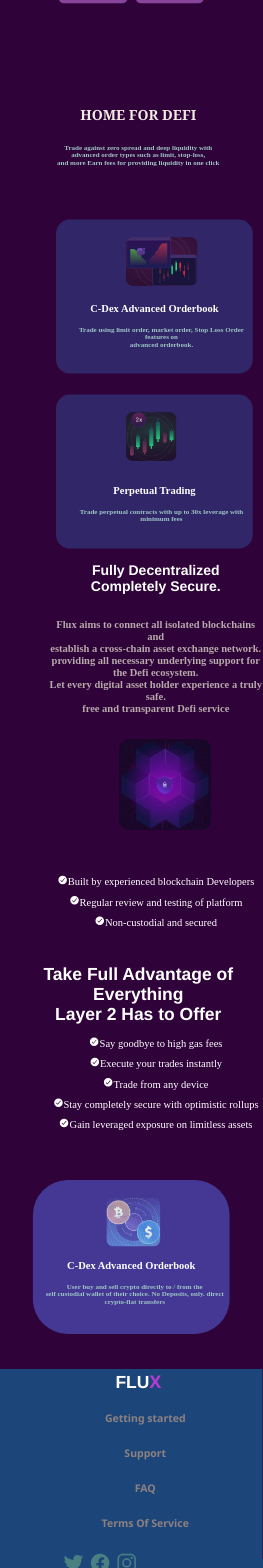
Repository: Tobby004/Flux-figma
Page: index.html
An editor plug-in stored every save of this project. The page is shown before and after the next save, followed by the edit.
The browser window is 375 px wide. The pictures show the part of the page from y = 314 to 2554 px (the page is 2660 px tall), at 70% of full size.

Above is the page before, as saved 2023-04-28 23:47:18.

After the next save:
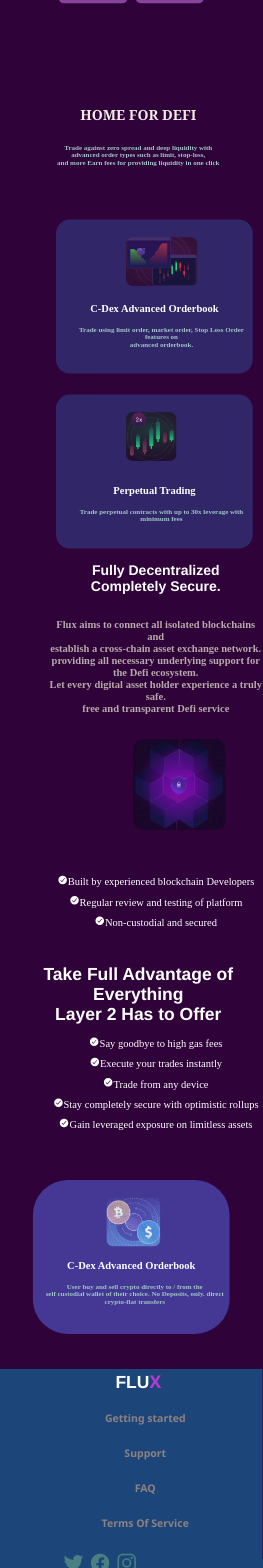
Saved 55 s later.
--- a/style.css
+++ b/style.css
@@ -310,7 +310,7 @@ p {
  }
  section img {
     height: 130px;
-    margin-left: 170px;
+    margin-left: 190px;
  }
  section h1 {
     margin-top: 20px;
